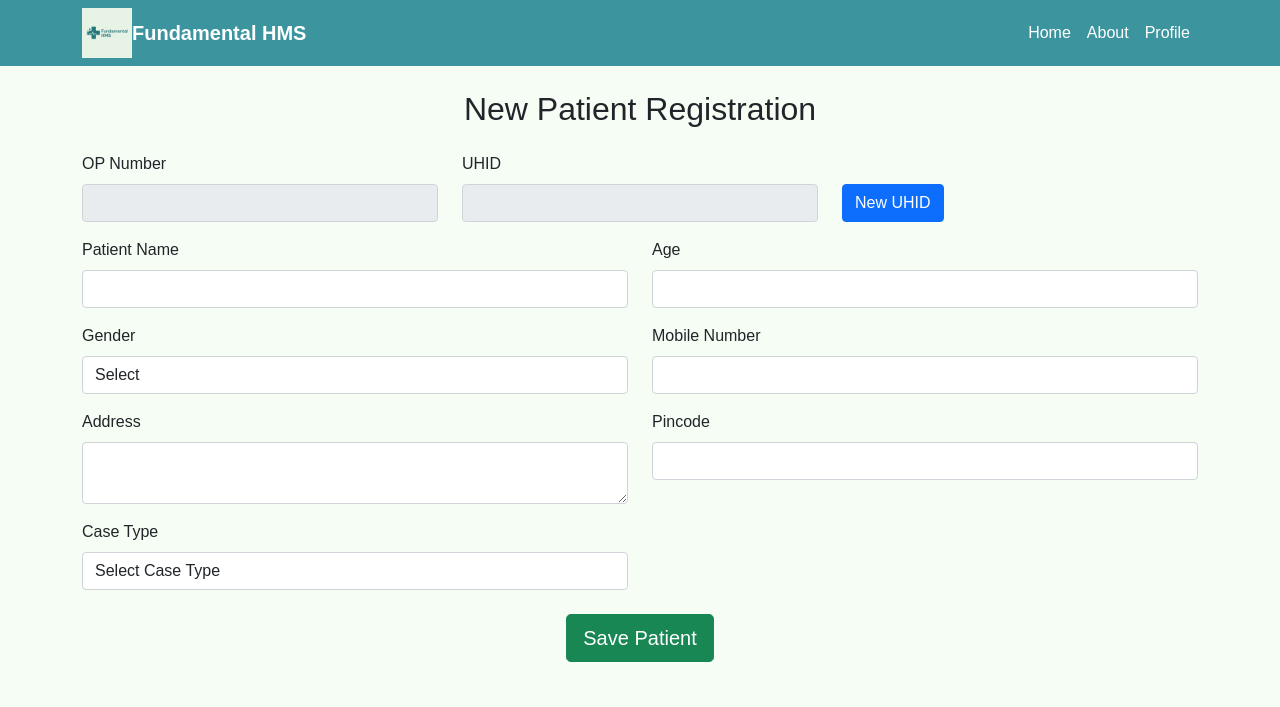
Repository: NAGENDRAN0/New
Page: http://localhost/register
The author's editor kept a copy of each file at every save. The page is drawn from the files as they stood at one save, then again after the next save.
The browser window is 1280 px wide. The pictures show the whole page.
The page is this project's Thymeleaf template; nobody is signed in. The template is opened directly, without the code that normally fills it, so the values that code supplies are empty.

Above is the page before, as saved 2025-05-15 10:54:43.

After the next save:
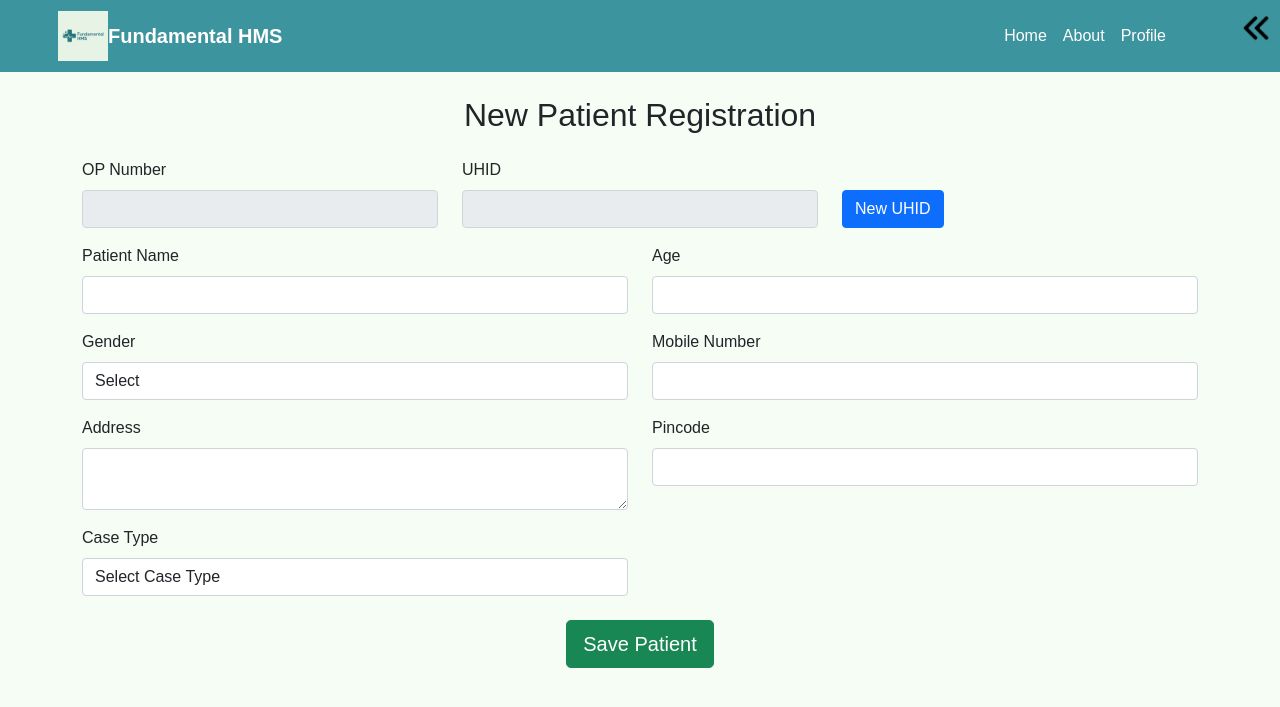
Saved 23 s later.
--- a/Documents/workspace-spring-tool-suite-4-4.25.0.RELEASE/HMS/src/main/resources/templates/register.html
+++ b/Documents/workspace-spring-tool-suite-4-4.25.0.RELEASE/HMS/src/main/resources/templates/register.html
@@ -58,6 +58,9 @@
 					</ul>
 				</div>
 			</div>
+			<div class="d-flex justify-content-end mb-3">
+								  <a href="/" class="btn btn-sm btn-custom"> <img src="/image/back.png" height="30" width="30"/> </a>
+								</div>
 		</nav>
 
 	<!-- New Patient Form -->
